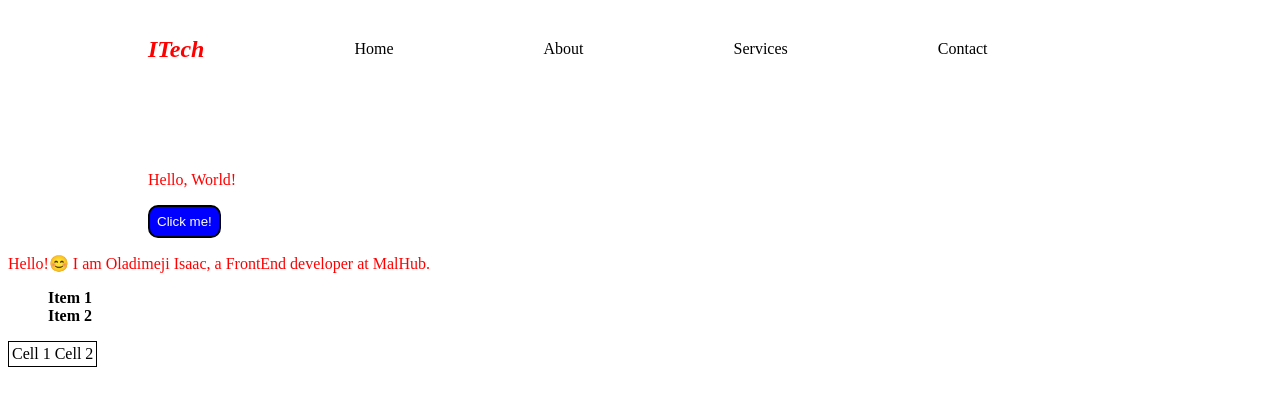
Repository: isaacCodes1/Calculator-with-js
Page: Assigment.html
The author's editor kept a copy of each file at every save. The page is drawn from the files as they stood at one save, then again after the next save.
The browser window is 1280 px wide. The pictures show the whole page.

Above is the page before, as saved 2024-05-22 22:27:51.

### Assigment.html
        <!DOCTYPE html>
        <html lang="en">
        <head>
                <meta charset="UTF-8">
                <meta name="viewport" content="width=device-width, initial-scale=1.0">
                <title>Document</title>
        </head>
        <body>
                <!-- Assignment:- Give Ten examples of using the .style property -->
                <nav>
                        <ul id="lists">
                                <h1 id="logo">ITech</h1>
                                <li>Home</li>
                                <li>About</li>
                                <li>Services</li>
                                <li>Contact</li>
                        </ul>
                </nav>
                <h1 id="para"><marquee behavior="" direction="">JAVASCRIPT!!</marquee></h1>
                <p id="paragraph">Hello, World!</p>
                <button onclick="alert('Clicked!')" id="but">Click me!</button>
                <p id="para1">Hello!😊 I am Oladimeji Isaac, a FrontEnd developer at MalHub.</p>
                <ul id="list"><li>Item 1</li><li>Item 2</li></ul>
                <table id="table">
                        <tr>
                        <td>Cell 1</td>
                        <td>Cell 2</td>
                        </tr>
                </table>
                <script>
                document.getElementById("paragraph").style.color = "red";
                document.getElementById("paragraph").style.marginLeft = "140px";
                document.getElementById("para").style. color = "blue";
                document.getElementById("but").style.padding = "7px";
                document.getElementById("but").style.marginLeft = "140px";
                document.getElementById("but").style.borderRadius = "10px";
                document.getElementById("but").style.border = "2px solid black";
                document.getElementById("but").style.backgroundColor = "blue";
                document.getElementById("but").style.color = "white";
                document.getElementById("para1").style.color = "red";
                document.getElementById("list").style.listStyleType = "none";
                document.getElementById("list").style.fontWeight = "bold";
                document.getElementById("table").style.border = "1px solid black";
                document.getElementById("lists").style.listStyleType = "none";
                document.getElementById("lists").style.display = "flex";
                document.getElementById("lists").style.marginLeft = "100px";
                document.getElementById("lists").style.alignItems = "center";
                document.getElementById("lists").style.gap ="150px";
                document.getElementById("logo").style.color = "red";
                document.getElementById("logo").style.fontWeight = "bold";
                document.getElementById("logo").style.fontStyle = "italic";
                document.getElementById("logo").style.fontFamily = "cursive";
                </script>
        </body>
        </html>

After the next save:
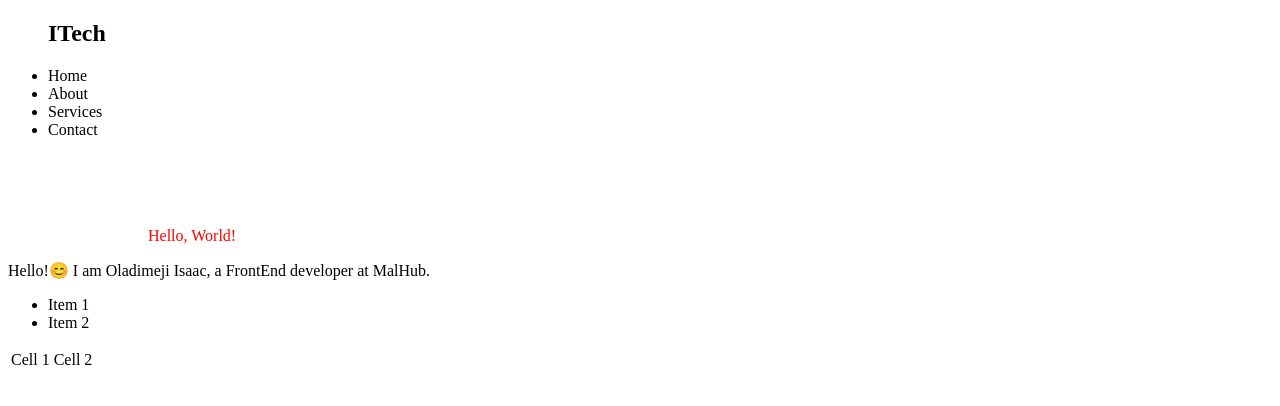
Console error: TypeError: Cannot read properties of null (reading 'style')
Saved 18 s later.
--- a/Assigment.html
+++ b/Assigment.html
@@ -18,7 +18,6 @@
                 </nav>
                 <h1 id="para"><marquee behavior="" direction="">JAVASCRIPT!!</marquee></h1>
                 <p id="paragraph">Hello, World!</p>
-                <button onclick="alert('Clicked!')" id="but">Click me!</button>
                 <p id="para1">Hello!😊 I am Oladimeji Isaac, a FrontEnd developer at MalHub.</p>
                 <ul id="list"><li>Item 1</li><li>Item 2</li></ul>
                 <table id="table">

After the save that followed:
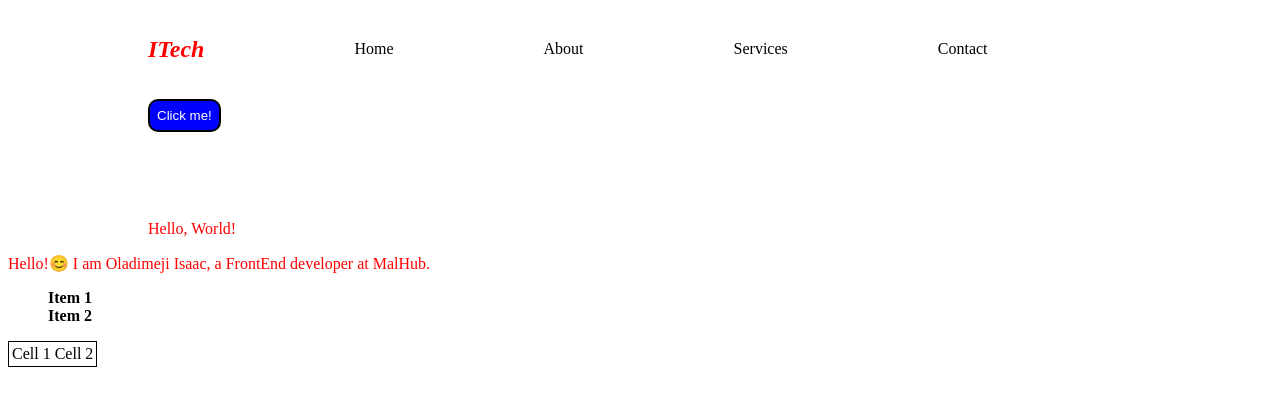
The error is gone.
Saved 6 s later.
--- a/Assigment.html
+++ b/Assigment.html
@@ -15,6 +15,7 @@
                                 <li>Services</li>
                                 <li>Contact</li>
                         </ul>
+                        <button onclick="alert('Clicked!')" id="but">Click me!</button>
                 </nav>
                 <h1 id="para"><marquee behavior="" direction="">JAVASCRIPT!!</marquee></h1>
                 <p id="paragraph">Hello, World!</p>
